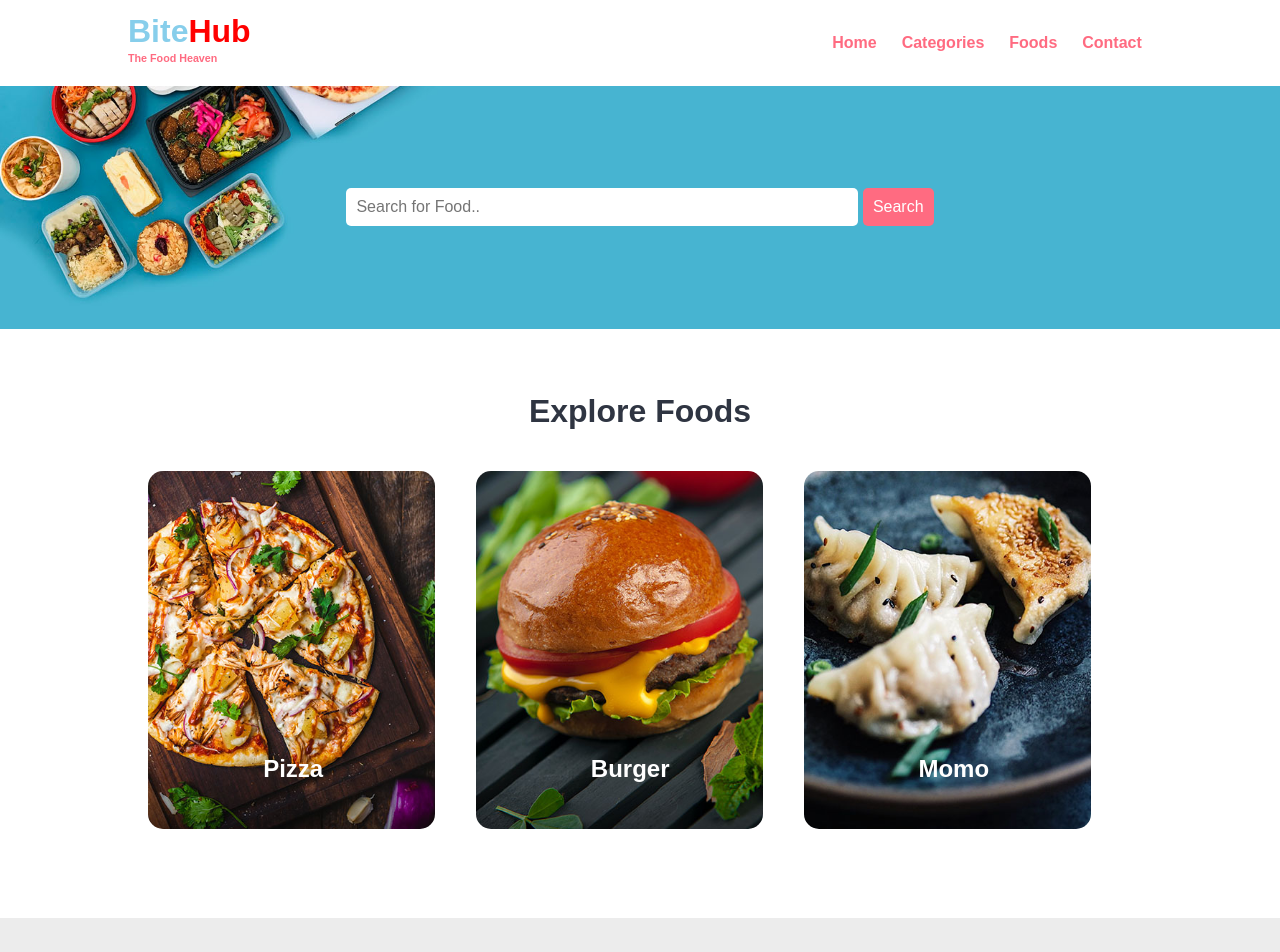
Repository: Saviour-Dagadu/food-order-front
Page: index.html
An editor plug-in stored every save of this project. The page is shown before and after the next save, followed by the edit.
The browser window is 1280 px wide. The pictures show the part of the page from y = 0 to 952 px (the page is 2170 px tall).
A picture or video elsewhere on the page could not be fetched, so the positions and the page height are approximate.

Above is the page before, as saved 2024-05-16 11:18:50.

After the next save:
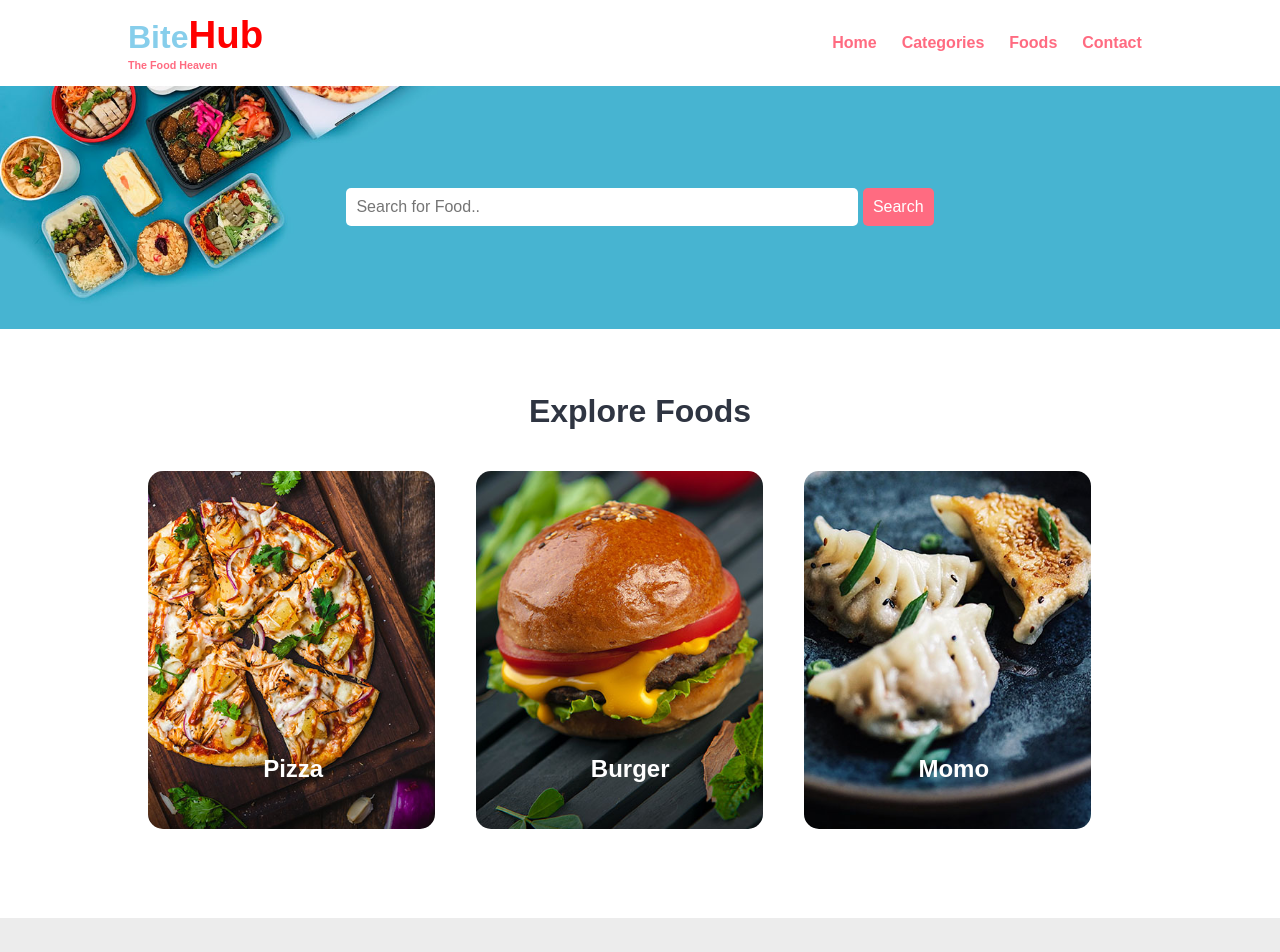
Saved 64 s later.
--- a/css/style.css
+++ b/css/style.css
@@ -98,7 +98,7 @@ fieldset{
 }
 .logo h2 span{
     color: red;
-    font-size: xx-large;
+    font-size: larger;
 }
 .menu{
     line-height: 60px;
